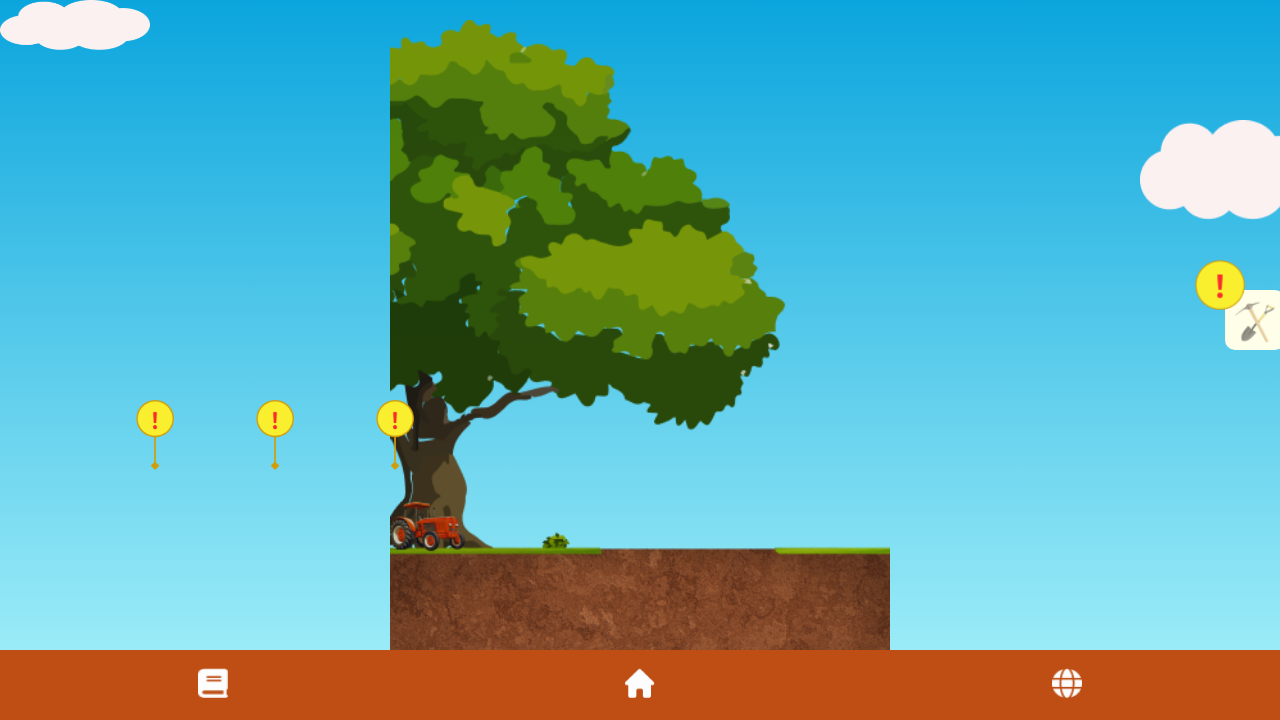
Repository: kobuchisouta/kome-app
Page: /
The author's editor kept a copy of each file at every save. The page is drawn from the files as they stood at one save, then again after the next save.
The browser window is 1280 px wide. The pictures show the whole page.
The project was rebuilt for these pictures with package versions that can differ from the ones it lists, and the page was loaded fresh each time. The framework's server and built-in components were replaced by stand-ins that run in the browser. Also part of the build but not shown: next.config.ts.

Above is the page before, as saved 2025-01-29 11:07:42.

### src/app/layout.tsx
import type { Metadata } from "next";
import localFont from "next/font/local";
import "./globals.css";
import Footer from "./components/footer/Footer";

const geistSans = localFont({
  src: "./fonts/GeistVF.woff",
  variable: "--font-geist-sans",
  weight: "100 900",
});
const geistMono = localFont({
  src: "./fonts/GeistMonoVF.woff",
  variable: "--font-geist-mono",
  weight: "100 900",
});

export const metadata: Metadata = {
  title: "Create Next App",
  description: "Generated by create next app",
};

export default function RootLayout({
  children,
}: Readonly<{
  children: React.ReactNode;
}>) {
  return (
    <html lang="ja">
      <body>
        <header>
        </header>
        <main>

          {children}
        </main>
        <Footer />
      </body>
    </html>

  );
}

### src/app/page.tsx
"use client";
import Head from 'next/head';
import Image from 'next/image';
import { useState } from 'react';
import styles from './page.module.css'; // モジュールCSS
import Link from 'next/link';

export default function Home() {
  const [isModalOpen, setIsModalOpen] = useState(false);

  const openModal = () => setIsModalOpen(true);
  const closeModal = () => setIsModalOpen(false);

  return (
    <>
      <Head>
        <title>米⭐︎すたー</title>
        <meta name="viewport" content="width=device-width,initial-scale=1.0,minimum-scale=1.0" />
        <meta name="description" content="ここに説明文を設定" />
      </Head>

      <main className={styles.main}>
        <div className={styles.contents}>
          <div className={styles.clouds}>
            <p className={styles.cloud1}>
              <Image src="/cloud1.png" alt="雲" width={150} height={50} />
            </p>
            <p className={styles.cloud2}>
              <Image src="/cloud2.png" alt="雲" width={170} height={100} />
            </p>
          </div>

          <div className={styles.tools}>
            <div className={styles.toolBar}>
              <p>
                <Image src="/tools.png" alt="道具" width={50} height={50} />
              </p>
            </div>
            <div className={styles.lookUp}>
              <p>
                <Image src="/pickup.png" alt="見て" width={50} height={50} />
              </p>
            </div>
          </div>

          <div className={styles.stages}>
            <div className={styles.stagePick}>
              <a className={`${styles.stage} ${styles.modalOpen}`} onClick={openModal}>
                <Image src="/pick.png" alt="クリック" width={70} height={70} />
              </a>
              <a className={`${styles.stage} ${styles.modalOpen}`} onClick={openModal}>
                <Image src="/pick.png" alt="クリック" width={70} height={70} />
              </a>
              <a className={`${styles.stage} ${styles.modalOpen}`} onClick={openModal}>
                <Image src="/pick.png" alt="クリック" width={70} height={70} />
              </a>
            </div>

            {isModalOpen && (
              <div className={styles.modal}>
                <div className={styles.modalInner}>
                  <div className={styles.modalContent}>
                    <div className={styles.modalHeader}>
                      <h1>土地選びと購入準備</h1>
                    </div>
                    <div className={styles.modalBody}>
                      <Link href={"/home"}>エリア調査</Link>
                      <Link href={"/home"}>土地の購入</Link>
                      <a href="#">土地の整地</a>
                      <a href="#">水利権の確認</a>
                      <a href="#">情報収集</a>
                    </div>
                    <div className={styles.modalFooter}>
                      <span className={styles.modalClose} onClick={closeModal}>
                        閉じる
                      </span>
                    </div>
                  </div>
                </div>
              </div>
            )}

            <div className={styles.stageImg}>
              <a className={styles.stage1}>
                <Image src="/ine.png" alt="稲" width={50} height={50} />
              </a>
              <a className={styles.stage2}>
                <Image src="/makimaki.png" alt="田植え" width={70} height={70} />
              </a>
              <a className={styles.stage3}>
                <Image src="/sawasawa.png" alt="手入れ" width={70} height={70} />
              </a>
            </div>
          </div>
        </div>
      </main>
    </>
  );
}

### src/app/globals.css
* {
	margin: 0;
	padding: 0;
	box-sizing: border-box;
}
body {
	color: var(--foreground);
	background: var(--background);
	font-family: Arial, Helvetica, sans-serif;
	-webkit-font-smoothing: antialiased;
	-moz-osx-font-smoothing: grayscale;
	display: flex;
	flex-direction: column;
	width: 100%;
	height: 100%;
	margin: 0 auto;
}

* {
	box-sizing: border-box;
	text-decoration: none;
	list-style: none;
}

html {
	width: 100%;
	height: 100vh;
}

### src/app/components/footer/Footer.tsx

import Image from 'next/image';
import styles from './style.module.css';

export default function Footer() {
    return (
        <footer className={styles.footer}>
            <a href='/book' className={styles.book}>
                <Image src="/book.png" alt="book" width={30} height={30} />
            </a>
            <a href='/' className={styles.home}>
                <Image src="/house.png" alt="house" width={30} height={30} />
            </a>
            <a href='/news' className={styles.globe}>
                <Image src="/globe.png" alt="globe" width={30} height={30} />
            </a>
        </footer>
    );
}

### src/app/page.module.css
.main {
	background: url("/tree.png"), linear-gradient(#0ba5dd 0%, #aaf3fa 100%);
	background-repeat: no-repeat, no-repeat;
	background-position: bottom, center; /* 画像を中央に配置 */
	background-size: 500px 700px, auto; /* グラデーションは自動サイズ、画像はカバー */
	width: 100%;
	height: 100vh;
	position: fixed;
}

.contents {
	z-index: 100;
}

.clouds {
	.cloud1 {
		position: absolute;
	}

	.cloud2 {
		position: absolute;
		top: 120px;
		right: -30px;
	}
}
.tools {
	background: #fffee9;
	border-radius: 10px;
	width: 60px;
	height: 60px;
	position: absolute;
	right: -5px;
	top: 290px;

	.toolBar img {
		position: absolute;
		top: 8px;
		left: 4px;
	}

	.lookUp img {
		position: absolute;
		left: -30px;
		top: -30px;
	}
}

.stages {
	.stageImg {
		position: relative;
		display: flex;
		gap: 50px;
		top: 692px;
		left: 130px;
	}

	.stagePick {
		position: absolute;
		bottom: 220px;
		left: 120px;
		display: flex;
		gap: 20px;
		align-items: flex-end;
		background-color: transparent; /* 必要に応じて透明に設定 */
	}
	.stagePick:hover {
		animation: poyopoyo 2s ease-out infinite;
		opacity: 1;
	}
	@keyframes poyopoyo {
		0%,
		40%,
		60%,
		80% {
			transform: scale(1.0);
		}
		50%,
		70% {
			transform: scale(0.95);
		}
	}

	.stagePick {
		background-color: none;
	}

	.stage {
		position: relative;
		width: 100px;
		height: 100px;
	}
	.stage img {
		object-fit: contain;
	}
}

.modal {
	position: fixed;
	top: 0;
	left: 0;
	width: 100%;
	height: 100%;
	background-color: rgba(0, 0, 0, 0.5);
	display: flex;
	justify-content: center;
	align-items: center;
	z-index: 1000;
}

.modalInner {
	background-color: #f2ac3b;
	padding: 20px;
	border-radius: 10px;
	width: 80%;
	max-width: 500px;
}

.modalHeader,
.modalBody,
.modalFooter {
	margin-bottom: 10px;
	display: flex;
	justify-content: center;
	align-items: center;
	flex-direction: column;
	gap: 10px;
}

.modalHeader h1 {
	color: #fff;
	font-size: 1.5rem;
}

.modalBody a {
	color: #fff;
	border: #fff solid 1px;
	width: 100%;
	height: 50px;
	font-weight: bold;
	text-align: center;
	line-height: 50px;
	border-radius: 8px;
}

.modalClose {
	width: 150px;
	height: 50px;
	border-radius: 8px;
	text-align: center;
	line-height: 50px;
	background: #fff;
}
@keyframes modalopen {
	from {
		opacity: 0;
	}
	to {
		opacity: 1;
	}
}

.modal-header h1 {
	margin: 1rem 0;
}

.modal-close {
	font-size: 1.8rem;
}

.modal-close:hover {
	cursor: pointer;
}

### src/app/components/footer/style.module.css
.footer {
	width: 100%;
	height: 70px;
	display: flex;
	justify-content: space-around;
	align-items: center;
	background: #be4e14;
	z-index: 100;
	position: fixed;
	bottom: 0;
}

After the next save:
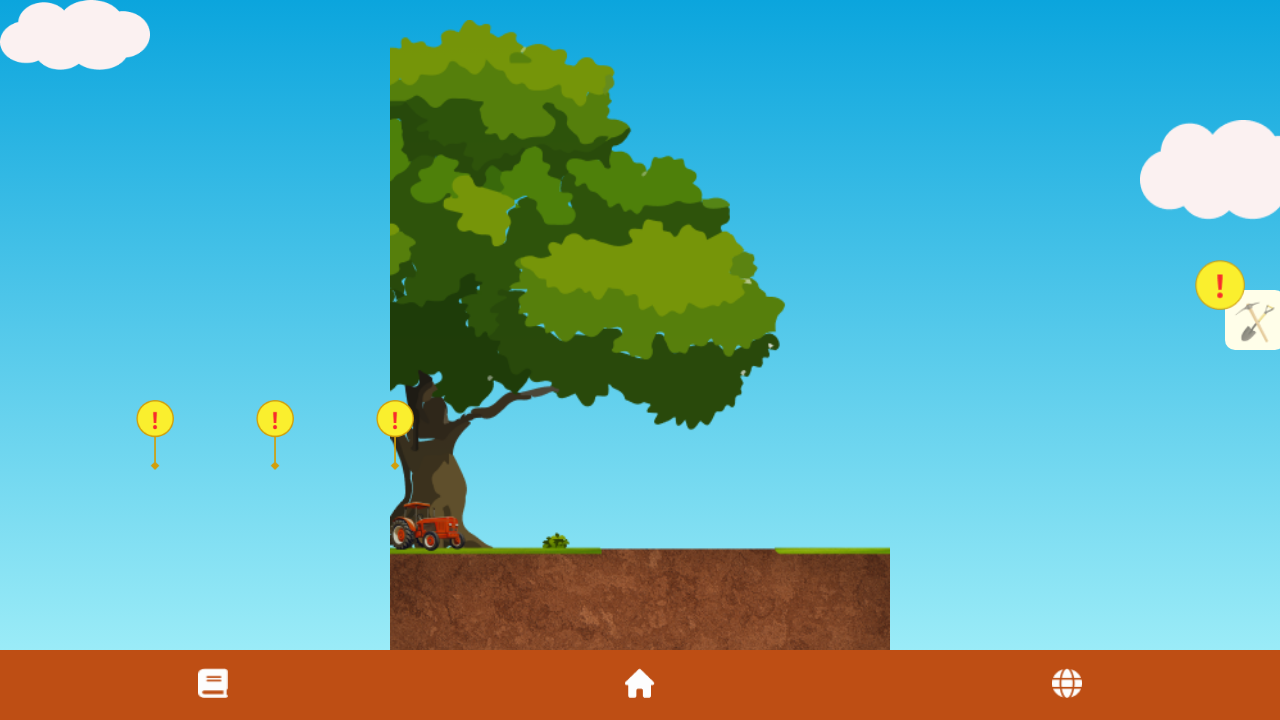
Saved 4 s later.
--- a/src/app/page.tsx
+++ b/src/app/page.tsx
@@ -23,7 +23,7 @@ export default function Home() {
         <div className={styles.contents}>
           <div className={styles.clouds}>
             <p className={styles.cloud1}>
-              <Image src="/cloud1.png" alt="雲" width={150} height={50} />
+              <Image src="/cloud1.png" alt="雲" width={150} height={70} />
             </p>
             <p className={styles.cloud2}>
               <Image src="/cloud2.png" alt="雲" width={170} height={100} />
